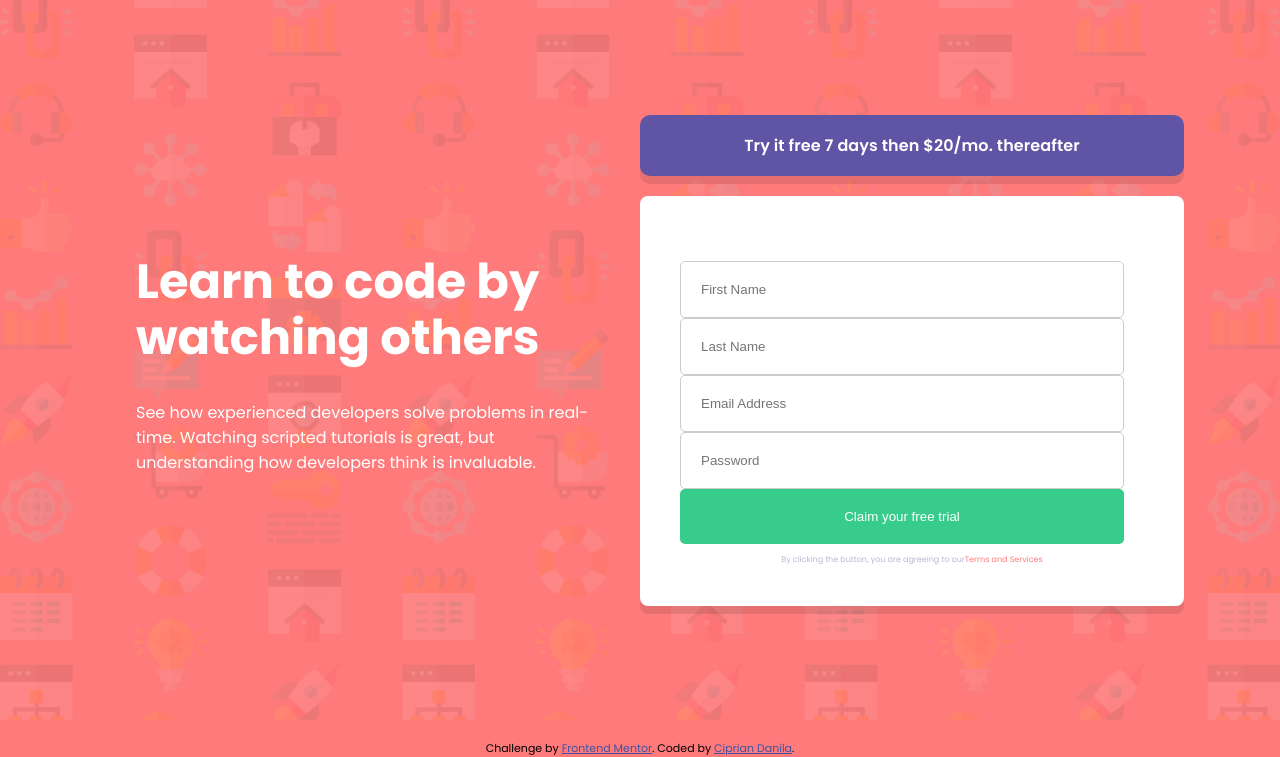
Repository: cipdanila/intro-component-with-sign-up-form
Page: index.html
The author's editor kept a copy of each file at every save. The page is drawn from the files as they stood at one save, then again after the next save.
The browser window is 1280 px wide. The pictures show the whole page.

Above is the page before, as saved 2024-02-14 15:05:13.

After the next save:
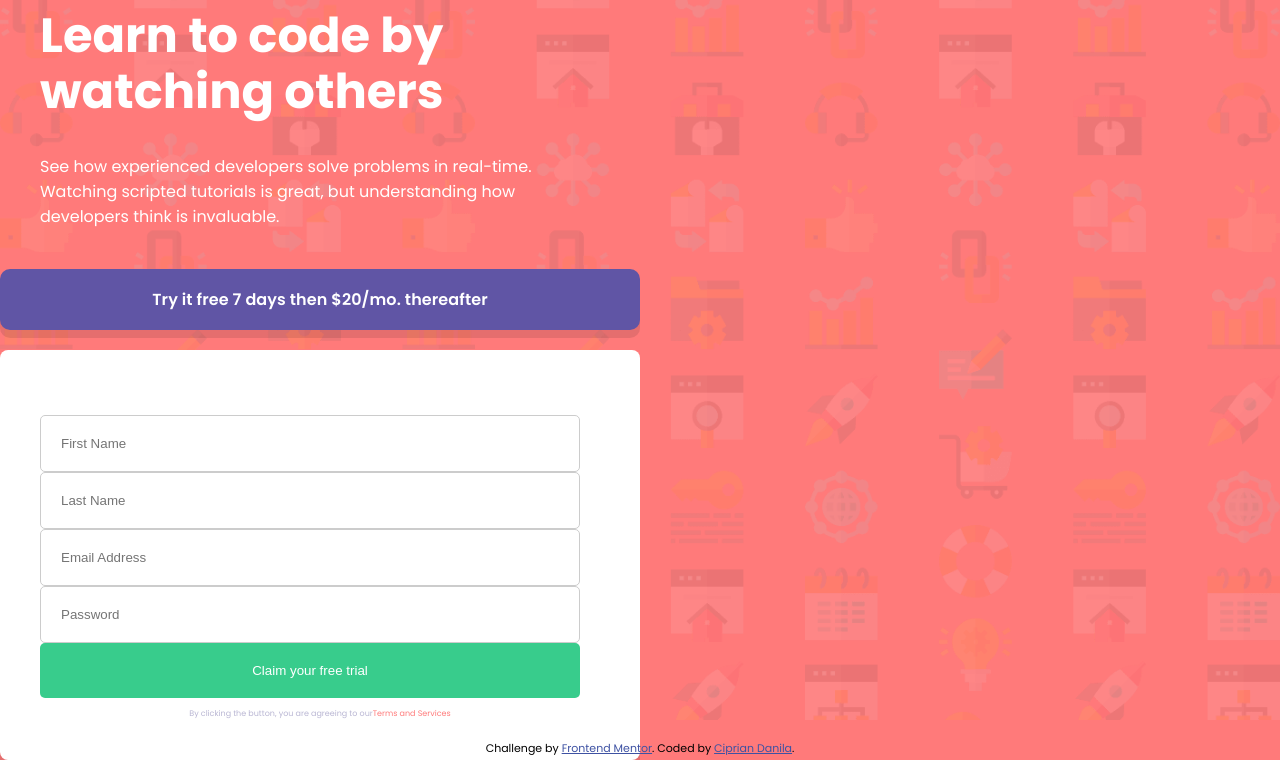
Saved 14 s later.
--- a/styles.css
+++ b/styles.css
@@ -43,13 +43,13 @@
     width: 100%;
 }
 
-.container {
+/* .container {
     display: flex;
     flex-direction: row;
     align-items: center;
     justify-content: center;
     padding: 6rem;
-}
+} */
 
 section {
     max-width: 100%;

After the save that followed:
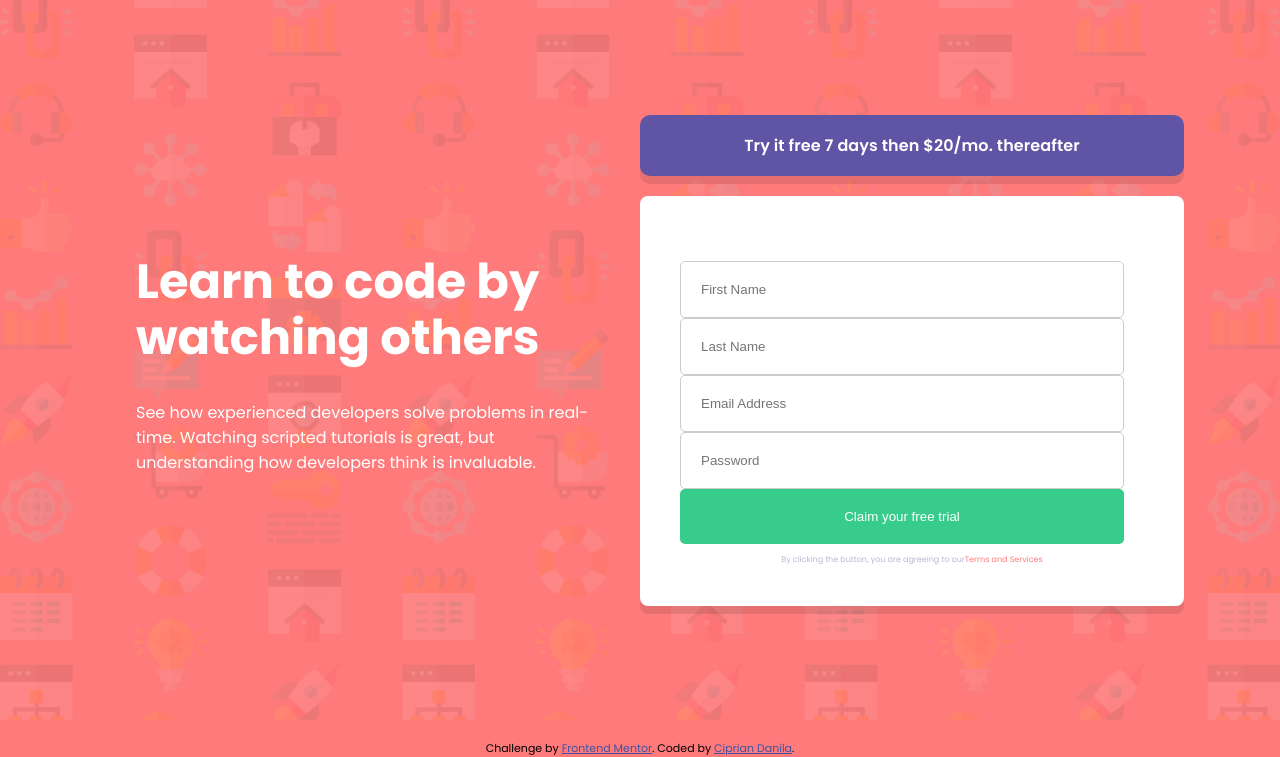
Saved 12 s later.
--- a/styles.css
+++ b/styles.css
@@ -43,13 +43,13 @@
     width: 100%;
 }
 
-/* .container {
+.container {
     display: flex;
     flex-direction: row;
     align-items: center;
     justify-content: center;
     padding: 6rem;
-} */
+}
 
 section {
     max-width: 100%;
